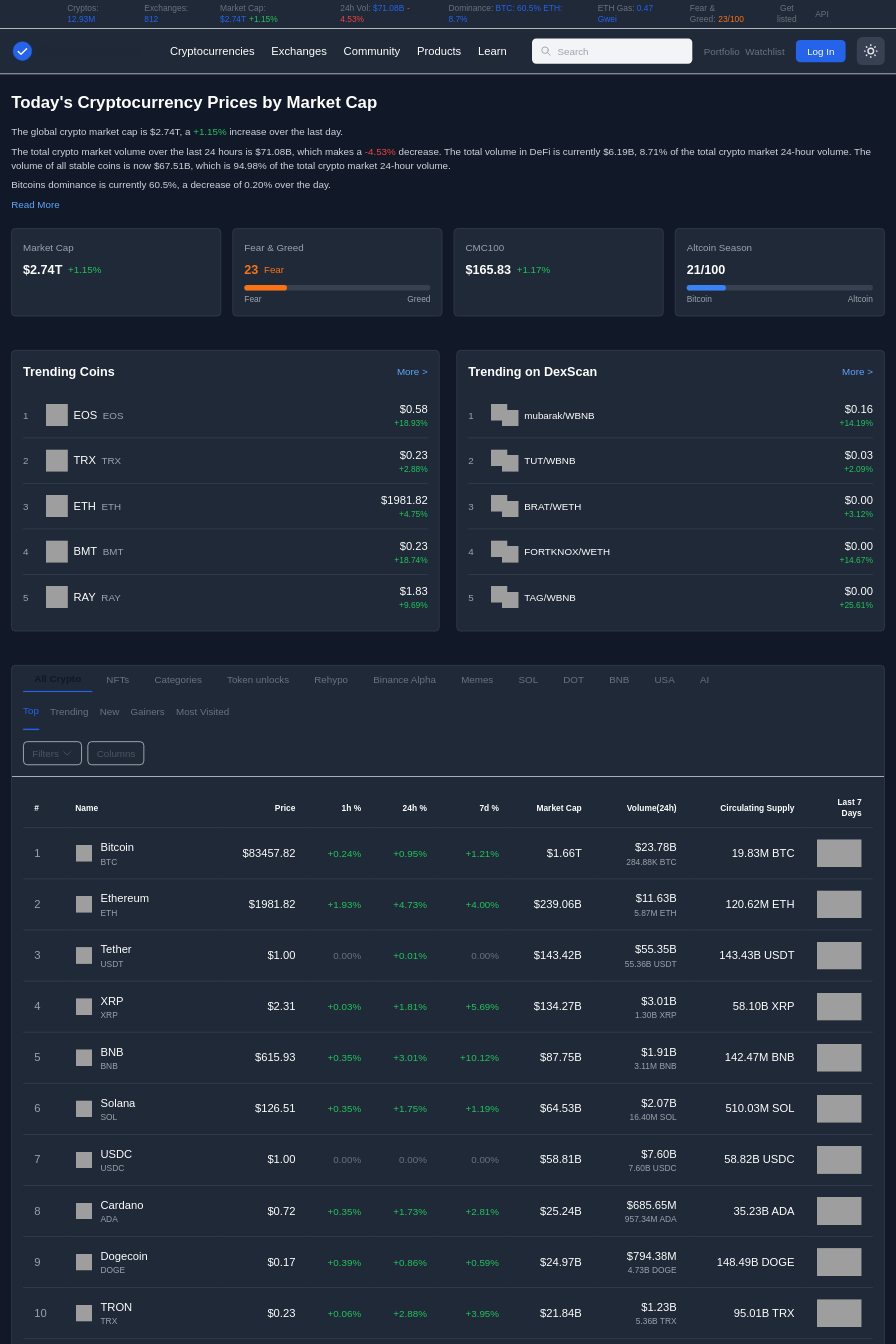
Repository: halilhaninan/testcmc
Page: /
An editor plug-in stored every save of this project. The page is shown before and after the next save, followed by the edit.
The browser window is 1280 px wide. The pictures show the part of the page from y = 0 to 1920 px (the page is 2883 px tall), at 70% of full size.
Pictures or frames that could not be fetched are drawn as grey boxes. The project was rebuilt for these pictures with package versions that can differ from the ones it lists, and the page was loaded fresh each time. Also part of the build but not shown: vite.config.ts.

Above is the page before, as saved 2025-04-07 20:43:13.

After the next save:
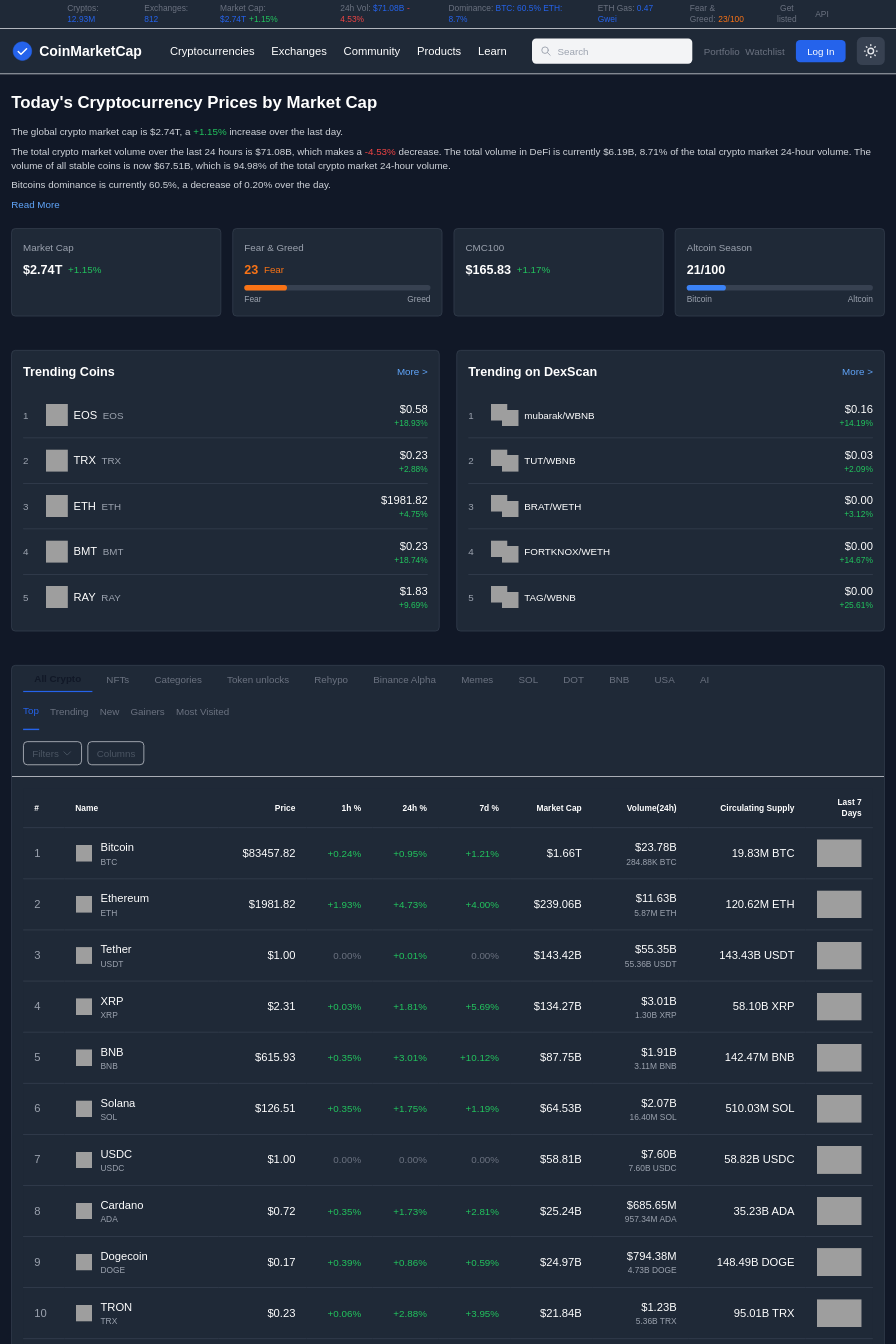
Saved 18 s later.
--- a/src/components/layout/Header.tsx
+++ b/src/components/layout/Header.tsx
@@ -83,7 +83,9 @@
                     strokeLinejoin="round"
                   ></path>
                 </svg>
-                <span className="ml-2 text-xl font-bold text-gray-800">CoinMarketCap</span>
+                <span className="ml-2 text-xl font-bold text-gray-800 dark:text-white">
+                  CoinMarketCap
+                </span>
               </a>
             </div>
 
